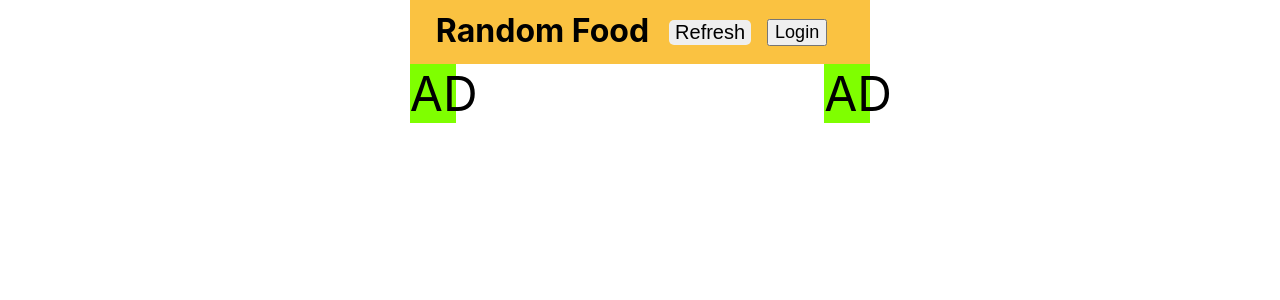
Repository: limjoohyun2030/random-food
Page: /random-food/home
The author's editor kept a copy of each file at every save. The page is drawn from the files as they stood at one save, then again after the next save.
The browser window is 1280 px wide. The pictures show the whole page.
The page's requests for data from a server got no answer. The project was rebuilt for these pictures with package versions that can differ from the ones it lists, and the page was loaded fresh each time. A package was used in the major version that the imports need, not the one package.json lists. No one was signed in, and anything a server would have sent is missing. Also part of the build but not shown: src/components/food_detail/food_detail.module.css, src/components/food_detail/food_detail.jsx, src/components/food_item/food_item.module.css, src/components/food_item/food_item.jsx, src/components/login/login.module.css, src/components/login/login.jsx.

Above is the page before, as saved 2021-11-11 16:17:06.

After the next save:
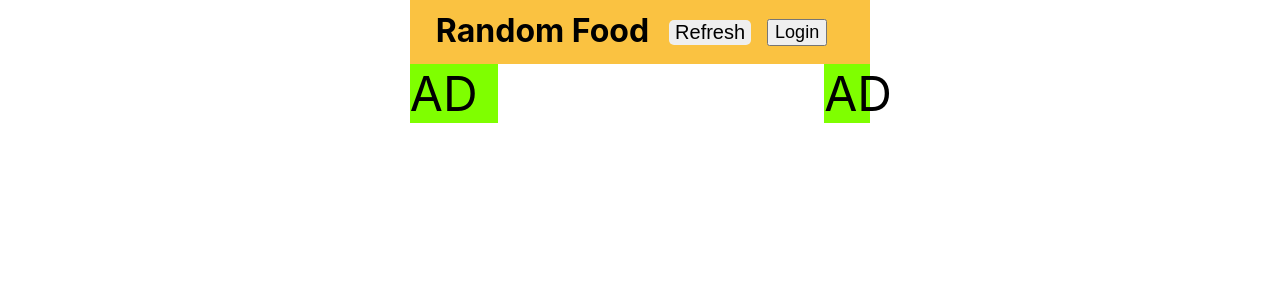
Saved 46 min 26 s later.
--- a/src/components/food_list/food_list.module.css
+++ b/src/components/food_list/food_list.module.css
@@ -16,7 +16,7 @@
 .sidebarLeft {
   background-color: chartreuse;
   font-size: 3em;
-  width: 10%;
+  width: 100px;
   cursor: pointer;
 }
 
